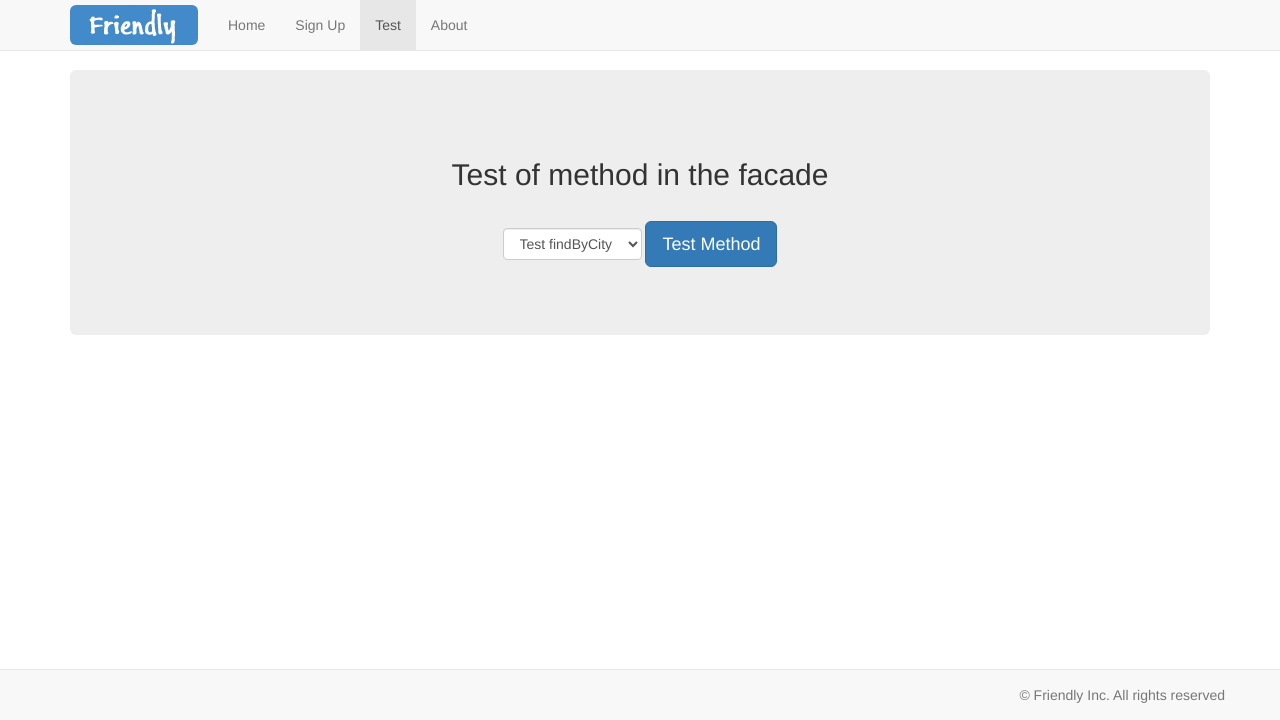
Repository: kristallklart/friendly_java
Page: http://localhost/FriendlyWeb/Test.jsp
An editor plug-in stored every save of this project. The page is shown before and after the next save, followed by the edit.
The browser window is 1280 px wide. The pictures show the whole page.
Some web libraries are served in a nearby version. The page is served by Tomcat 9. Nobody is signed in. The application's start-up code is not run.

Above is the page before, as saved 2017-05-05 08:25:33.

After the next save:
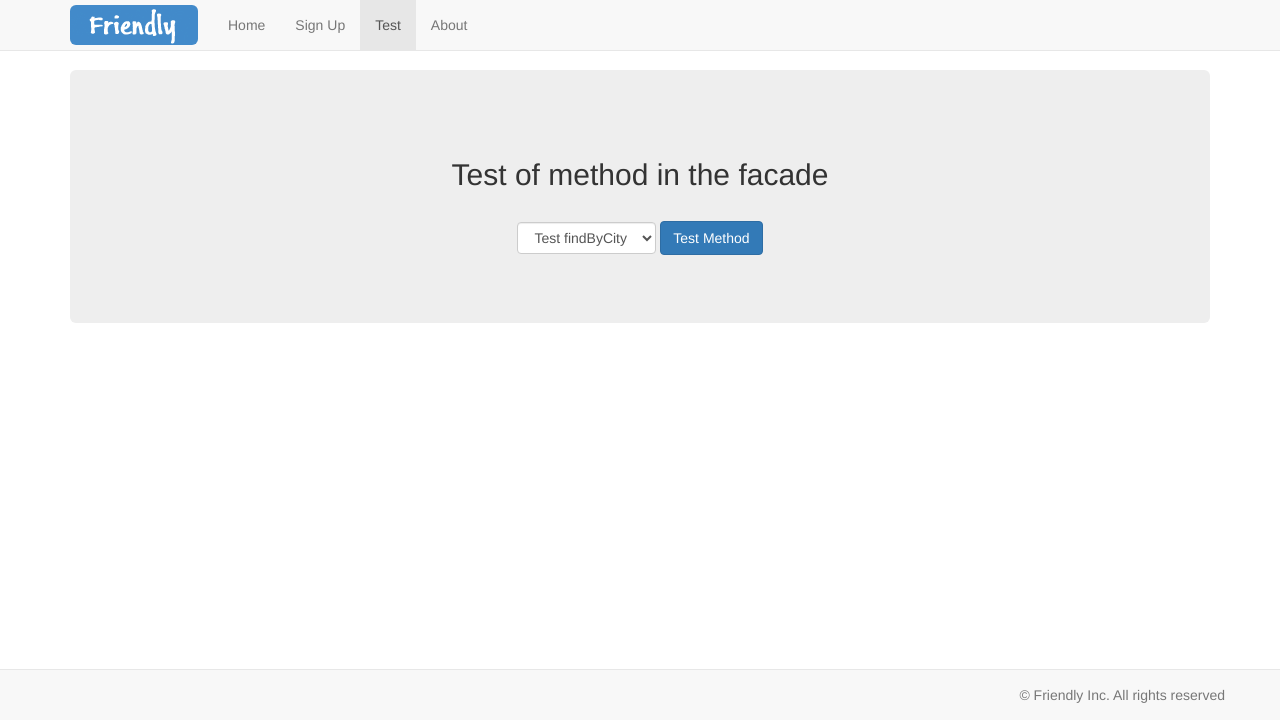
Saved 42 s later.
--- a/FriendlyWeb/WebContent/Test.jsp
+++ b/FriendlyWeb/WebContent/Test.jsp
@@ -62,7 +62,7 @@
 					<option value="friendly.junit.ejb.FacadeBeanTest">Test findByCity</option>
 				</select>
           	</div>
-          	<button type="submit" name="submit" class="btn btn-primary btn-lg">Test Method</button>
+          	<button type="submit" name="submit" class="btn btn-primary">Test Method</button>
 	       </form>
           </div>
 
